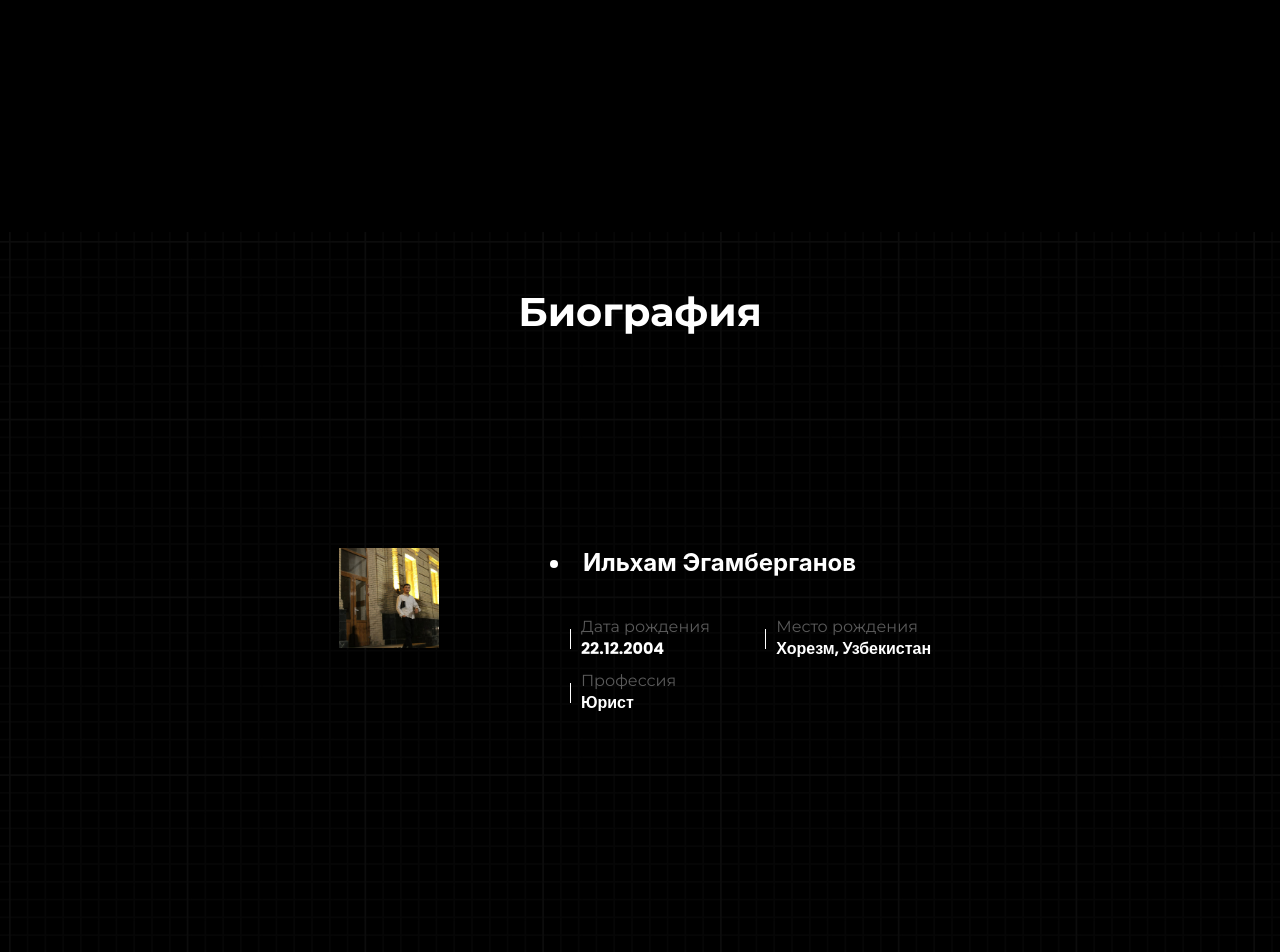
Repository: sardorexe/xishnik
Page: /
The author's editor kept a copy of each file at every save. The page is drawn from the files as they stood at one save, then again after a run of saves.
The browser window is 1280 px wide. The pictures show the part of the page from y = 488 to 1440 px (the page is 1440 px tall).
Pictures or frames that could not be fetched are drawn as grey boxes. Some icons come from a web library that is not loaded, so they are not drawn. Some web libraries are served in a nearby version. The project was rebuilt for these pictures with package versions that can differ from the ones it lists, and the page was loaded fresh each time. Some packages were replaced by stand-ins written for this rebuild. The framework's server and built-in components were replaced by stand-ins that run in the browser. Also part of the build but not shown: next.config.js.

Above is the page before, as saved 2021-09-27 15:56:59.

After the next 2 saves:
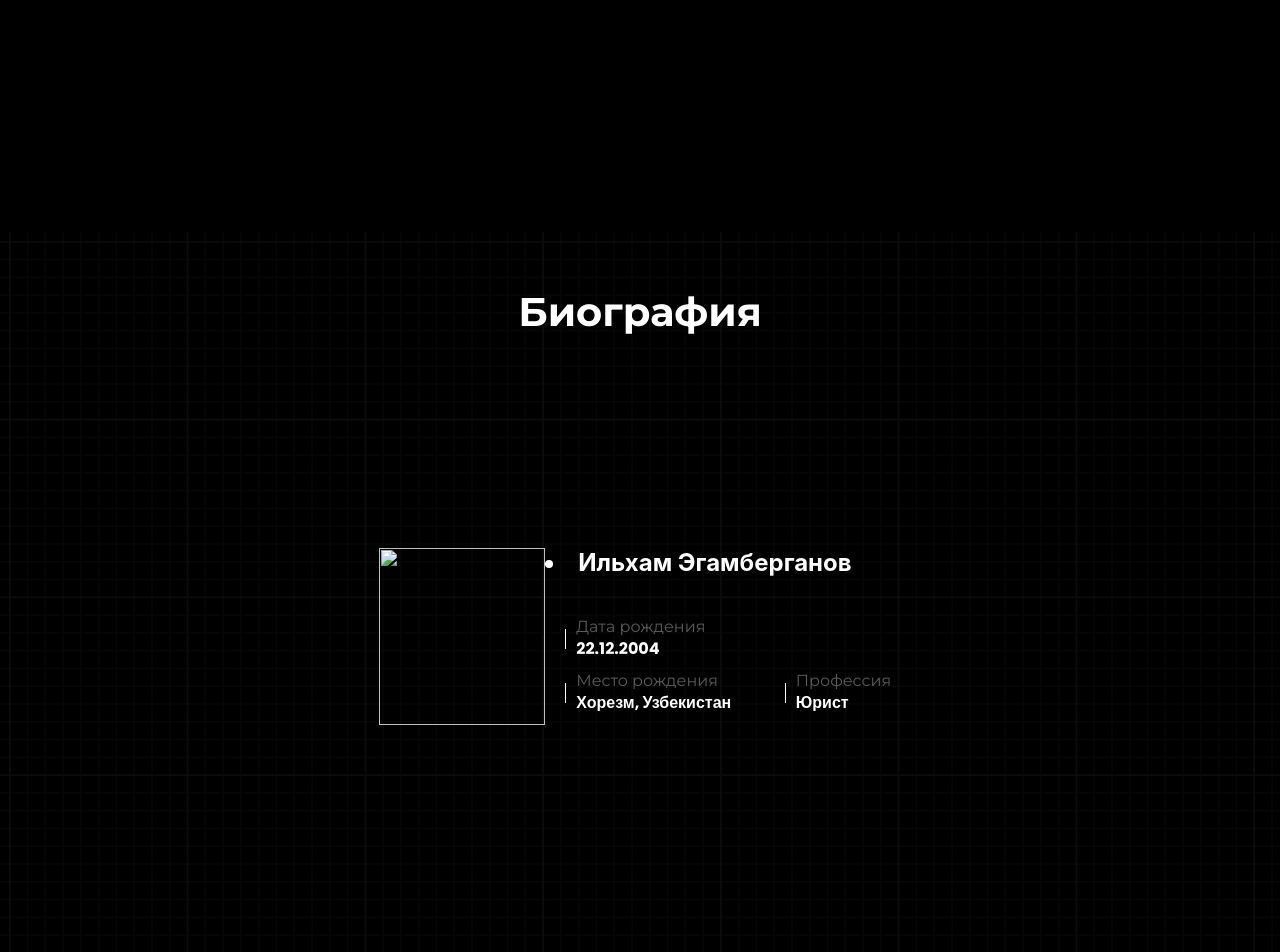
The 2 saves are shown as one change because they came seconds apart.
The last was saved 14 s later.
--- a/comps/Biography.js
+++ b/comps/Biography.js
@@ -8,12 +8,13 @@ export default function Biography() {
       <h1 className={styles.contentTitle}>Биография</h1>
       <div className={styles.parentContent}>
         <div className={styles.img}>
-          <Image
+          {/* <Image
             alt="xishnik, ilhom, xiwnik, hishnik, hiwnik, litsey, yurist, xorazm, gurlan"
             src="/biography.jpg"
             width="100%"
             height="100%"
-          />
+          /> */}
+          <img src="" alt="" />
         </div>
         <div className={styles.content}>
           <h2>
